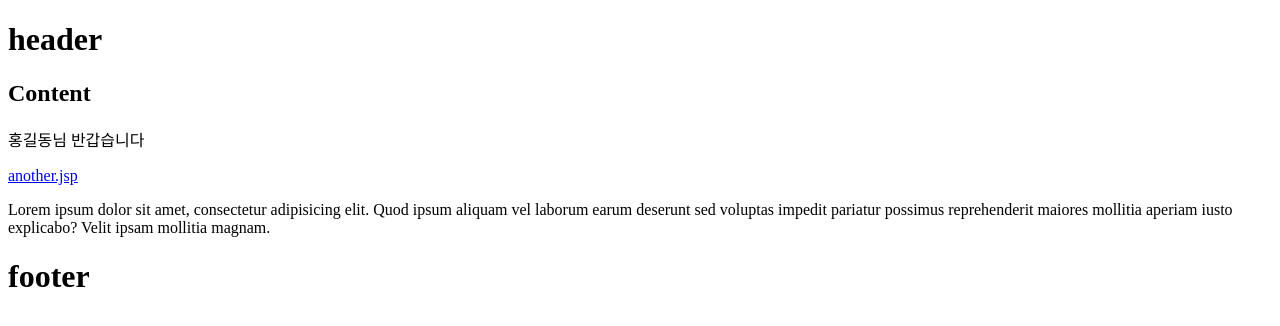
Repository: jsungl/WEBSERVER-WORKSPACE
Page: http://localhost/01_helloweb/jsp/include.jsp
The author's editor kept a copy of each file at every save. The page is drawn from the files as they stood at one save, then again after the next save.
The browser window is 1280 px wide. The pictures show the whole page.
The page is served by Tomcat 9. Other server files are loaded and not shown.

Above is the page before, as saved 2021-03-24 12:34:09.
Console error: ReferenceError: $ is not defined

### 01_helloweb/WebContent/jsp/include.jsp
<%@ page language="java" contentType="text/html; charset=UTF-8"
    pageEncoding="UTF-8"%>
<%@ include file="/jsp/header.jsp" %>
		<h1>Content</h1>
		<p><%= name %>님 반갑습니다</p>
		<a href="/web/jsp/another.jsp">another.jsp</a>
		<p>Lorem ipsum dolor sit amet, consectetur adipisicing elit. Quod ipsum aliquam vel laborum earum deserunt sed voluptas impedit pariatur possimus reprehenderit maiores mollitia aperiam iusto explicabo? Velit ipsam mollitia magnam.</p>
		<script>
			$("h1").css("color","deeppink");
		</script>
<%@ include file="/jsp/footer.jsp" %>

### 01_helloweb/WebContent/jsp/header.jsp
<%@ page language="java" contentType="text/html; charset=UTF-8"
    pageEncoding="UTF-8"%>
<%
	String name = "홍길동";
%>
<!--  header.jsp 시작 -->
<!DOCTYPE html>
<html>
<head>
<meta charset="UTF-8">
<title>jsp</title>
</head>
<body>
	<header>
		<h1>header</h1>
	</header>
	<section>

<!--  header.jsp 끝 -->

### 01_helloweb/WebContent/jsp/footer.jsp
<%@ page language="java" contentType="text/html; charset=UTF-8"
    pageEncoding="UTF-8"%>
<!--  footer.jsp 시작 -->
</section>
	<footer>
		<h1>footer</h1>
	</footer>
</body>
</html>

<!--  footer.jsp 끝 -->

After the next save:
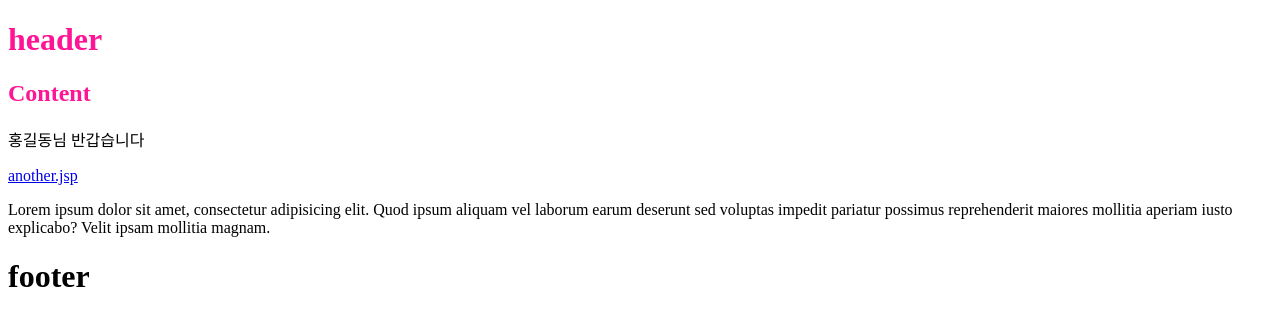
The error is gone.
Saved 44 s later.
--- a/01_helloweb/WebContent/jsp/header.jsp
+++ b/01_helloweb/WebContent/jsp/header.jsp
@@ -9,6 +9,7 @@
 <head>
 <meta charset="UTF-8">
 <title>jsp</title>
+<script src="http://code.jquery.com/jquery-latest.js"></script>
 </head>
 <body>
 	<header>
